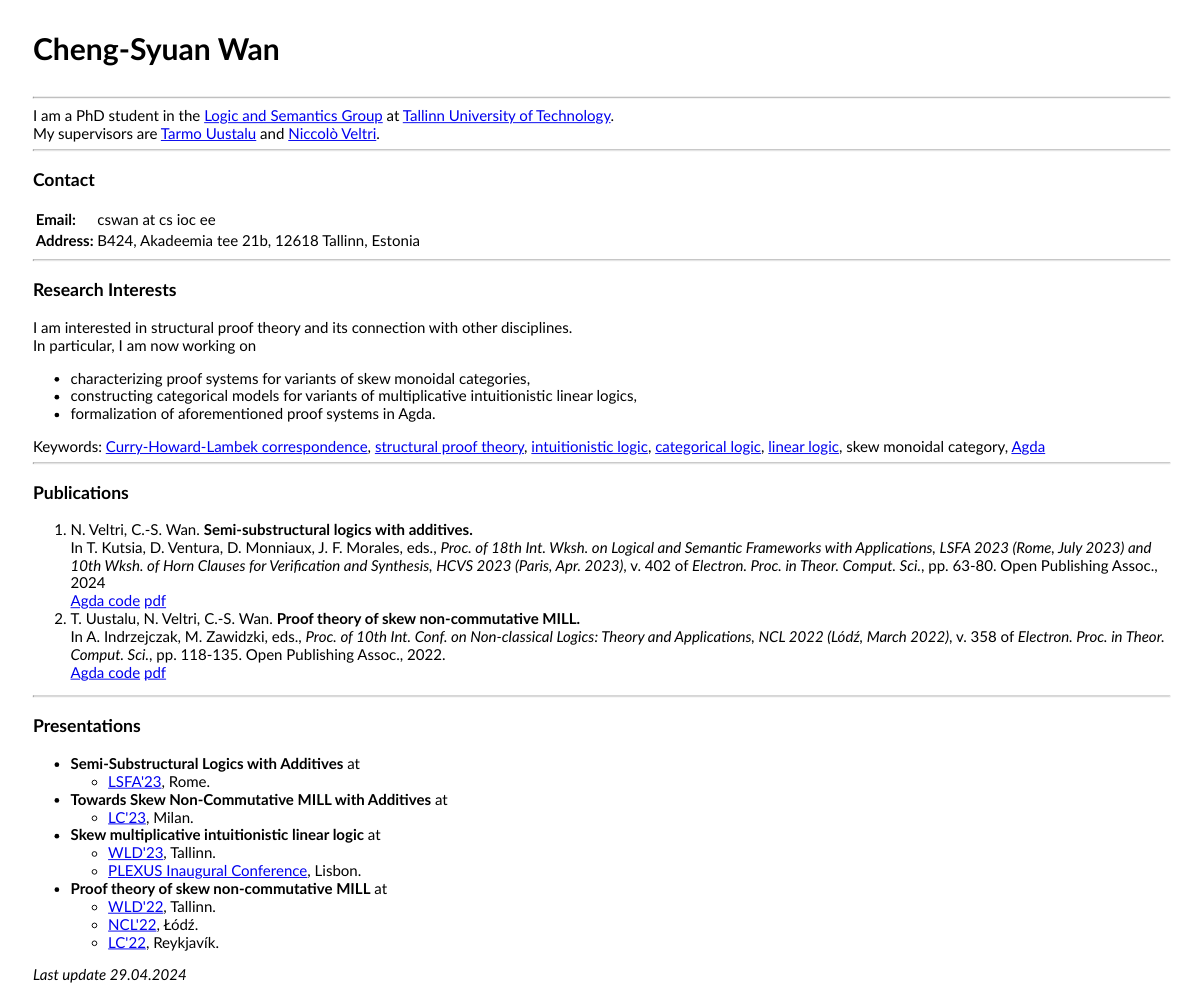
Repository: cswphilo/cswphilo.github.io
Page: index.html
An editor plug-in stored every save of this project. The page is shown before and after the next save, followed by the edit.
The browser window is 1280 px wide. The pictures show the whole page, at 94% of full size.

Above is the page before, as saved 2024-04-29 11:18:16.

After the next save:
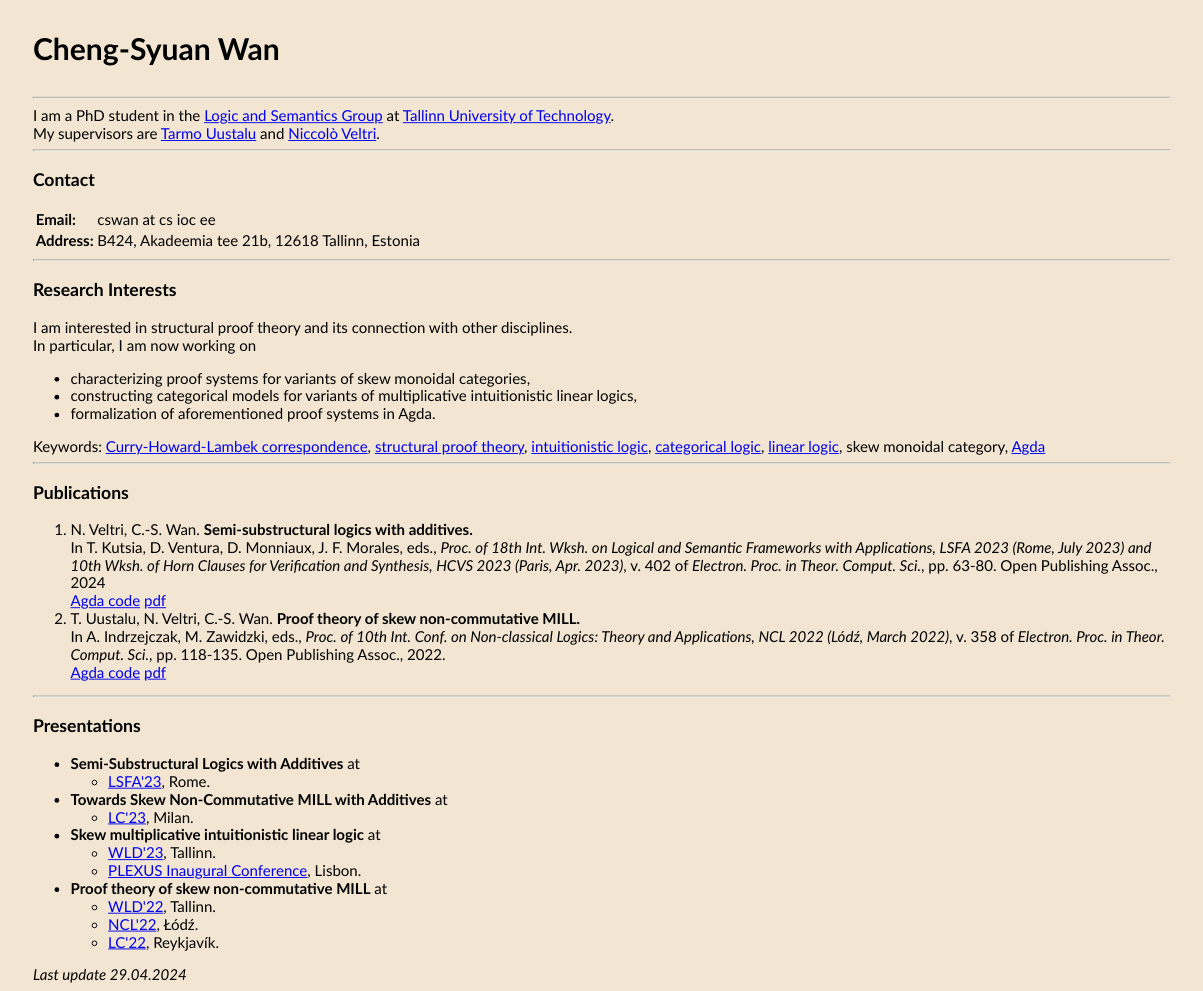
Saved 88 s later.
--- a/index.html
+++ b/index.html
@@ -6,7 +6,7 @@
     <link href="https://fonts.googleapis.com/css2?family=Noto+Sans+Mono&display=swap" rel="stylesheet">
     <style type ="text/css">
         body {
-            background-color: #ffffff;
+            background-color: #f2e6d2;
             font-family: 'Gill Sans', 'Gill Sans MT', Calibri, 'Trebuchet MS', sans-serif, 'Noto Sans Mono';
             font-size: medium;
             margin-left: 35px;
